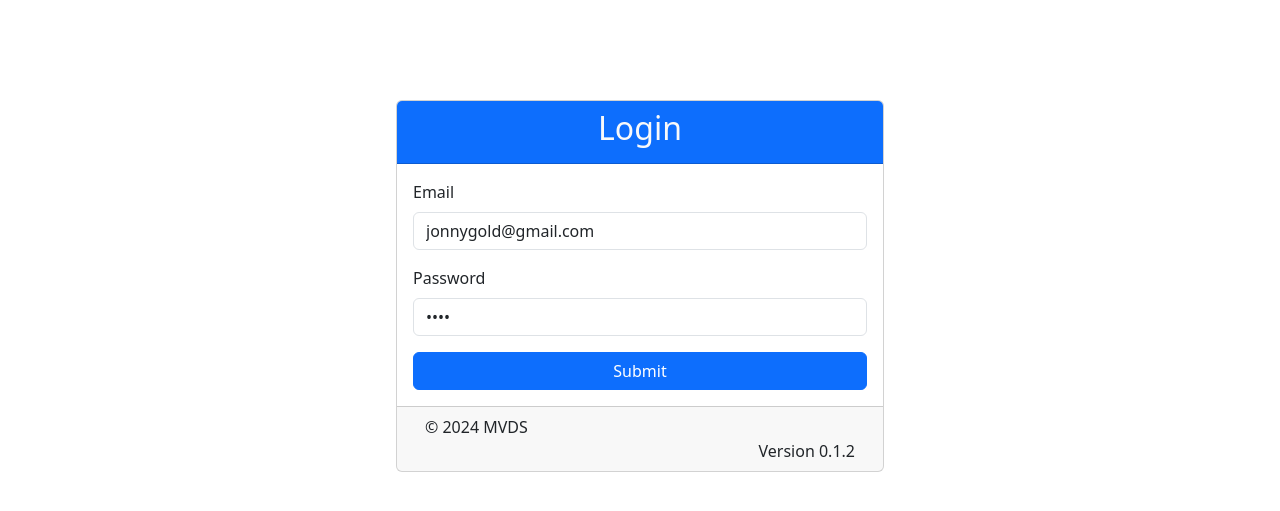
Repository: trider/react-task-manager
Page: /
The author's editor kept a copy of each file at every save. The page is drawn from the files as they stood at one save, then again after the next save.
The browser window is 1280 px wide. The pictures show the whole page.
The project was rebuilt for these pictures with package versions that can differ from the ones it lists, and the page was loaded fresh each time. Also part of the build but not shown: src/App.css, src/components/Navigation.js, src/data/_Tasks.js, src/data/_Cols.js, src/pages/Task.js.

Above is the page before, as saved 2024-05-07 17:57:48.

### src/App.js
// import logo from './logo.svg';
import './App.css';
import 'bootstrap/dist/css/bootstrap.min.css';
// import { BrowserRouter, Routes, Route } from "react-router-dom";
import {HashRouter as Router, Routes, Route} from "react-router-dom";
import LoginForm from "./pages/Login";
import TaskList from "./pages/Task";

// const path = process.env.REACT_APP_FOR_PATH;

function App() {
  return (
    <div>
      <Router baseline="/">
        <Routes>
          <Route index element={<LoginForm />} />
            <Route path="login" element={<LoginForm />} />
            <Route path="tasks" element={<TaskList />} />
        </Routes>
      </Router>
    </div>
  );
}

export default App;

### src/pages/Login.js

import * as React from 'react';
import { Navigate } from "react-router-dom";
import { useState } from 'react';

import Button from 'react-bootstrap/Button';
import Container from 'react-bootstrap/Container';
import Form from 'react-bootstrap/Form';
import Card from 'react-bootstrap/Card';

import Users from '../data/_Users';
import Footer from '../components/Footer';




const FormBody = () => {

  const [email, setEmail] = useState("jonnygold@gmail.com");
  const [password, setPassword] = useState("1234");
  const [user, setUser] = useState();



  return (
    <div>
      {user && (
        <Navigate to="/tasks" replace={true} />
      )}

      <Form onSubmit={(e) => {
        const currUser = Users.filter((user) => user.email === email && user.password === password)[0];
        setUser(currUser);



      }}>
        <Form.Group className="mb-3" controlId="formBasicEmail">
          <Form.Label>Email</Form.Label>
          <Form.Control
            type="email"
            placeholder="Enter email"
            value={email}
            onChange={(e) => setEmail(e.target.value)}

          />
        </Form.Group>

        <Form.Group className="mb-3" controlId="formBasicPassword">
          <Form.Label>Password</Form.Label>
          <Form.Control
            type="password"
            placeholder="Password"
            value={password}
            onChange={(e) => setPassword(e.target.value)}


          />
        </Form.Group>
        <div className="d-grid gap-2">
          <Button variant="primary" type="submit" >Submit</Button>
        </div>
      </Form>
    </div>
  );

}



const LoginForm = () => {
  return (
    <div>
      <Container fluid className='container-lg' style={{ marginTop: '100px', width: '40%' }}>
        <Card className='card-sm'>
          <Card.Header className='bg-primary text-light text-center' >
            <h2>Login</h2>
          </Card.Header>
          <Card.Body>
            <FormBody />

          </Card.Body>
         <Card.Footer>
          <Footer />
         </Card.Footer>
        </Card>

      </Container>

    </div>





  );
}

export default LoginForm;

### src/data/_Users.js
const Users = [
 {
   id: "6630a7516e723ac1ea6dce75",
   email: "jonnygold@gmail.com",
   name: "Jonathan Gold",
   password: "1234",
   userName: "jonnygold",
   isActive: true,
   userId: 1,
   created: "2024-05-01T08:57:20.123Z",
   updated: "2024-05-01T08:57:20.123Z"

 },
 {
   id: "663203f0062b854f9356c434",
   email: "jongold@gmail.com",
   name: "Jon Gold",
   password: "1234",
   userName: "jongold",
   userId: 2,
   created: "2024-05-01T09:08:55.211Z",
   updated: "2024-05-01T09:08:55.211Z",
   isActive: true
 }
];

export default Users

### src/components/Footer.js
import * as React from 'react';
import Container from 'react-bootstrap/Container';
import Row from 'react-bootstrap/Row';
import Col from 'react-bootstrap/Col';


const Footer = () => {
  return (
    <footer>
      <Container >
      <Row>
        <Col sm={10}>&copy; 2024 MVDS</Col>
        <Col style={{textAlign:"right"}}>Version 0.1.2</Col>
      </Row>
      </Container>
    </footer>
  );
}

export default Footer;

Loaded but not shown: public/index.html (common file); src/index.js (common file); src/index.css (common file); src/reportWebVitals.js (common file)

After the next save:
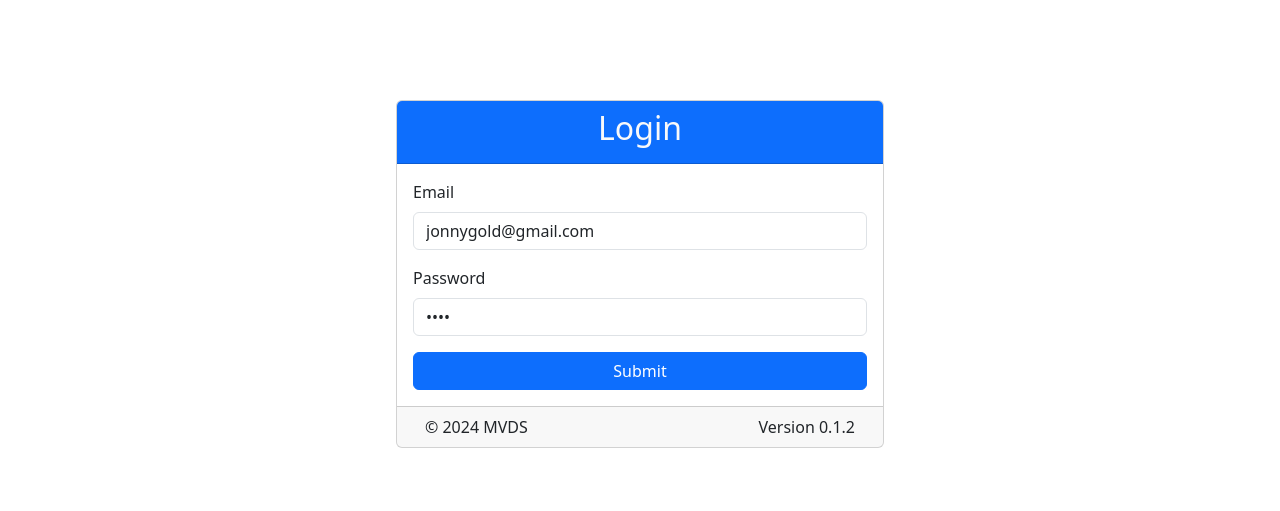
Saved 12 s later.
--- a/src/components/Footer.js
+++ b/src/components/Footer.js
@@ -9,7 +9,7 @@ const Footer = () => {
     <footer>
       <Container >
       <Row>
-        <Col sm={10}>&copy; 2024 MVDS</Col>
+        <Col sm={8}>&copy; 2024 MVDS</Col>
         <Col style={{textAlign:"right"}}>Version 0.1.2</Col>
       </Row>
       </Container>
